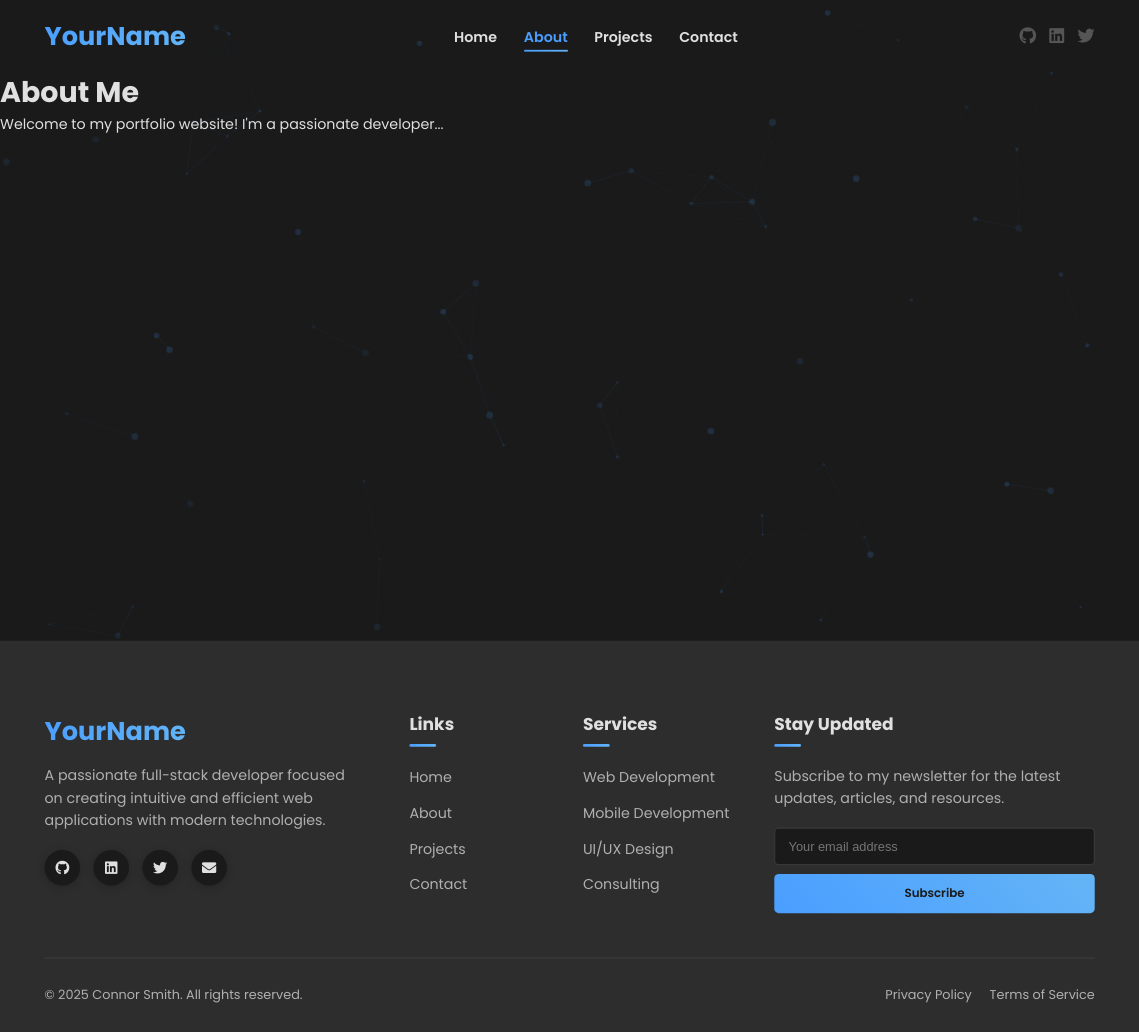
Repository: connorGS9/portfolio-website
Page: /about
An editor plug-in stored every save of this project. The page is shown before and after the next save, followed by the edit.
The browser window is 1280 px wide. The pictures show the whole page, at 89% of full size.
The project was rebuilt for these pictures with package versions that can differ from the ones it lists, and the page was loaded fresh each time. Also part of the build but not shown: src/styles/Home.css, src/pages/Home.jsx, src/pages/Projects.jsx, src/pages/Contact.jsx.

Above is the page before, as saved 2025-05-24 16:49:22.

### public/index.html
<!DOCTYPE html>
<html lang="en">
<head>
  <meta charset="UTF-8" />
  <meta name="viewport" content="width=device-width, initial-scale=1.0" />
  <meta name="description" content="Connor's personal portfolio website showcasing projects and development skills" />
  <title>Connor Smith | Portfolio</title>

  <!-- Font Awesome -->
  <link rel="stylesheet" href="https://cdnjs.cloudflare.com/ajax/libs/font-awesome/5.15.4/css/all.min.css" />

  <!-- Google Fonts -->
  <link rel="preconnect" href="https://fonts.googleapis.com">
  <link rel="preconnect" href="https://fonts.gstatic.com" crossorigin>
  <link href="https://fonts.googleapis.com/css2?family=Poppins:wght@300;400;500;600;700&display=swap" rel="stylesheet">
</head>
<body>
  <noscript>You need to enable JavaScript to run this app.</noscript>
  <div id="root"></div>
</body>
</html>

### src/app.jsx
import React, { useState, useEffect } from 'react';
import { BrowserRouter as Router, Routes, Route } from 'react-router-dom';
import Navbar from './components/Navbar';
import Home from './pages/Home';
import About from './pages/About';
import Projects from './pages/Projects';
import Contact from './pages/Contact';
import Footer from './components/Footer';
import AnimatedCursor from './components/AnimatedCursor';
import BackgroundAnimation from './components/BackgroundAnimation';
import './styles/App.css';

function App() {
  const [isLoading, setIsLoading] = useState(true);

  useEffect(() => {
    // Simulate loading time
    setTimeout(() => {
      setIsLoading(false);
    }, 1500);
  }, []);

  return (
    <Router>
      <div className="app">
        {isLoading ? (
          <div className="loader">
            <div className="loader-content">
              <div className="loader-circle"></div>
              <h2>Loading...</h2>
            </div>
          </div>
        ) : (
          <>
            <AnimatedCursor />
            <BackgroundAnimation />
            <Navbar />
            <main>
              <Routes>
                <Route path="/" element={<Home />} />
                <Route path="/about" element={<About />} />
                <Route path="/projects" element={<Projects />} />
                <Route path="/contact" element={<Contact />} />
              </Routes>
            </main>
            <Footer />
          </>
        )}
      </div>
    </Router>
  );
}

export default App;

### src/components/Navbar.jsx
import React, { useState, useEffect } from 'react';
import { Link, useLocation } from 'react-router-dom';
import '../styles/Navbar.css';

const Navbar = () => {
  const [isScrolled, setIsScrolled] = useState(false);
  const [isMenuOpen, setIsMenuOpen] = useState(false);
  const location = useLocation();

  useEffect(() => {
    const handleScroll = () => {
      if (window.scrollY > 50) {
        setIsScrolled(true);
      } else {
        setIsScrolled(false);
      }
    };

    window.addEventListener('scroll', handleScroll);

    return () => {
      window.removeEventListener('scroll', handleScroll);
    };
  }, []);

  // Close mobile menu when route changes
  useEffect(() => {
    setIsMenuOpen(false);
  }, [location]);

  return (
    <header className={`navbar ${isScrolled ? 'navbar--scrolled' : ''}`}>
      <div className="navbar__container">
        <Link to="/" className="navbar__logo">
          <span className="logo-text">YourName</span>
        </Link>

        <button
          className={`navbar__toggle ${isMenuOpen ? 'active' : ''}`}
          onClick={() => setIsMenuOpen(!isMenuOpen)}
          aria-label="Toggle navigation menu"
        >
          <span className="toggle-bar"></span>
          <span className="toggle-bar"></span>
          <span className="toggle-bar"></span>
        </button>

        <nav className={`navbar__menu ${isMenuOpen ? 'navbar__menu--open' : ''}`}>
          <ul className="navbar__nav">
            <li className="navbar__nav-item">
              <Link
                to="/"
                className={`navbar__nav-link ${location.pathname === '/' ? 'active' : ''}`}
              >
                Home
              </Link>
            </li>
            <li className="navbar__nav-item">
              <Link
                to="/about"
                className={`navbar__nav-link ${location.pathname === '/about' ? 'active' : ''}`}
              >
                About
              </Link>
            </li>
            <li className="navbar__nav-item">
              <Link
                to="/projects"
                className={`navbar__nav-link ${location.pathname === '/projects' ? 'active' : ''}`}
              >
                Projects
              </Link>
            </li>
            <li className="navbar__nav-item">
              <Link
                to="/contact"
                className={`navbar__nav-link ${location.pathname === '/contact' ? 'active' : ''}`}
              >
                Contact
              </Link>
            </li>
          </ul>
        </nav>

        <div className="navbar__social">
          <a
            href="https://github.com/connorGS9"
            target="_blank"
            rel="noopener noreferrer"
            className="social-link"
            aria-label="GitHub Profile"
          >
            <i className="fab fa-github"></i>
          </a>
          <a
            href="https://www.linkedin.com/in/connor-smith-6857b22b5/"
            target="_blank"
            rel="noopener noreferrer"
            className="social-link"
            aria-label="LinkedIn Profile"
          >
            <i className="fab fa-linkedin"></i>
          </a>
          <a
            href="https://x.com/CS2355324"
            target="_blank"
            rel="noopener noreferrer"
            className="social-link"
            aria-label="X Profile"
          >
            <i className="fab fa-twitter"></i>
          </a>
        </div>
      </div>
    </header>
  );
};

export default Navbar;

### src/pages/About.jsx
import React from 'react';

const About = () => {
  return (
    <div className="about-page">
      <h1>About Me</h1>
      <p>Welcome to my portfolio website! I'm a passionate developer...</p>
    </div>
  );
};

export default About;

### src/components/AnimatedCursor.jsx
import React, { useEffect, useState, useRef } from 'react';
import '../styles/AnimatedCursor.css';

const AnimatedCursor = () => {
  const cursorRef = useRef(null);
  const cursorDotRef = useRef(null);
  const [isVisible, setIsVisible] = useState(false);
  const [isClicked, setIsClicked] = useState(false);
  const [isLinkHovered, setIsLinkHovered] = useState(false);

  useEffect(() => {
    const cursor = cursorRef.current;
    const cursorDot = cursorDotRef.current;

    if (!cursor || !cursorDot) return;

    const onMouseMove = (e) => {
      const clientX = e.clientX;
      const clientY = e.clientY;

      // Position the outer cursor with a slight delay for the trailing effect
      const setPos = () => {
        cursor.style.transform = `translate3d(${clientX}px, ${clientY}px, 0)`;
      };

      // Position the inner dot immediately
      cursorDot.style.transform = `translate3d(${clientX}px, ${clientY}px, 0)`;

      requestAnimationFrame(setPos);

      if (!isVisible) {
        setIsVisible(true);
        cursor.style.opacity = 1;
        cursorDot.style.opacity = 1;
      }
    };

    const onMouseDown = () => {
      setIsClicked(true);
    };

    const onMouseUp = () => {
      setIsClicked(false);
    };

    const onMouseLeave = () => {
      setIsVisible(false);
      cursor.style.opacity = 0;
      cursorDot.style.opacity = 0;
    };

    // Check for interactive elements
    const handleLinkHover = () => {
      setIsLinkHovered(true);
    };

    const handleLinkLeave = () => {
      setIsLinkHovered(false);
    };

    // Add event listeners to links, buttons, and other interactive elements
    const interactiveElements = document.querySelectorAll('a, button, input, textarea, select, [role="button"]');

    interactiveElements.forEach(el => {
      el.addEventListener('mouseenter', handleLinkHover);
      el.addEventListener('mouseleave', handleLinkLeave);
    });

    // Add general mouse event listeners
    document.addEventListener('mousemove', onMouseMove);
    document.addEventListener('mousedown', onMouseDown);
    document.addEventListener('mouseup', onMouseUp);
    document.addEventListener('mouseleave', onMouseLeave);

    // Cleanup
    return () => {
      document.removeEventListener('mousemove', onMouseMove);
      document.removeEventListener('mousedown', onMouseDown);
      document.removeEventListener('mouseup', onMouseUp);
      document.removeEventListener('mouseleave', onMouseLeave);

      interactiveElements.forEach(el => {
        el.removeEventListener('mouseenter', handleLinkHover);
        el.removeEventListener('mouseleave', handleLinkLeave);
      });
    };
  }, [isVisible, isClicked, isLinkHovered]);

  return (
    <>
      <div
        ref={cursorRef}
        className={`cursor ${isClicked ? 'cursor--clicked' : ''} ${isLinkHovered ? 'cursor--link-hovered' : ''}`}
      />
      <div
        ref={cursorDotRef}
        className={`cursor-dot ${isClicked ? 'cursor-dot--clicked' : ''} ${isLinkHovered ? 'cursor-dot--link-hovered' : ''}`}
      />
    </>
  );
};

export default AnimatedCursor;

### src/components/BackgroundAnimation.jsx
import React, { useEffect, useRef } from 'react';
import '../styles/BackgroundAnimation.css';

const BackgroundAnimation = () => {
  const canvasRef = useRef(null);

  useEffect(() => {
    const canvas = canvasRef.current;
    const ctx = canvas.getContext('2d');
    let animationFrameId;
    let particles = [];

    // Particle class
    class Particle {
      constructor() {
        this.x = Math.random() * canvas.width;
        this.y = Math.random() * canvas.height;
        this.size = Math.random() * 3 + 1;
        this.speedX = Math.random() * 0.5 - 0.25;
        this.speedY = Math.random() * 0.5 - 0.25;
        this.color = `rgba(74, 158, 255, ${Math.random() * 0.2 + 0.1})`;
      }

      update() {
        this.x += this.speedX;
        this.y += this.speedY;

        if (this.x < 0 || this.x > canvas.width) this.speedX *= -1;
        if (this.y < 0 || this.y > canvas.height) this.speedY *= -1;
      }

      draw() {
        ctx.fillStyle = this.color;
        ctx.beginPath();
        ctx.arc(this.x, this.y, this.size, 0, Math.PI * 2);
        ctx.fill();
      }
    }

    // Set canvas dimensions
    const resizeCanvas = () => {
      canvas.width = window.innerWidth;
      canvas.height = window.innerHeight;
      initParticles();
    };

    window.addEventListener('resize', resizeCanvas);
    resizeCanvas();

    // Initialize particles
    function initParticles() {
      particles = [];
      const particleCount = Math.floor((canvas.width * canvas.height) / 15000);

      for (let i = 0; i < particleCount; i++) {
        particles.push(new Particle());
      }
    }

    // Connect particles with lines
    function connectParticles() {
      const maxDistance = 150;

      for (let i = 0; i < particles.length; i++) {
        for (let j = i; j < particles.length; j++) {
          const dx = particles[i].x - particles[j].x;
          const dy = particles[i].y - particles[j].y;
          const distance = Math.sqrt(dx * dx + dy * dy);

          if (distance < maxDistance) {
            const opacity = 1 - (distance / maxDistance);
            ctx.strokeStyle = `rgba(74, 158, 255, ${opacity * 0.2})`;
            ctx.lineWidth = 1;
            ctx.beginPath();
            ctx.moveTo(particles[i].x, particles[i].y);
            ctx.lineTo(particles[j].x, particles[j].y);
            ctx.stroke();
          }
        }
      }
    }

    // Animation loop
    function animate() {
      ctx.clearRect(0, 0, canvas.width, canvas.height);

      for (let i = 0; i < particles.length; i++) {
        particles[i].update();
        particles[i].draw();
      }

      connectParticles();
      animationFrameId = requestAnimationFrame(animate);
    }

    animate();

    // Cleanup
    return () => {
      window.removeEventListener('resize', resizeCanvas);
      cancelAnimationFrame(animationFrameId);
    };
  }, []);

  return (
    <div className="background-animation">
      <canvas ref={canvasRef}></canvas>
    </div>
  );
};

export default BackgroundAnimation;

### src/styles/App.css
@import url('https://fonts.googleapis.com/css2?family=Poppins:wght@300;400;500;600;700&display=swap');
@import url('https://cdnjs.cloudflare.com/ajax/libs/font-awesome/5.15.4/css/all.min.css');

:root {
  --primary-color: #4a9eff;
  --secondary-color: #64b5f6;
  --dark-color: #1a1a1a;
  --light-color: #2d2d2d;
  --text-color: #e0e0e0;
  --light-text-color: #b0b0b0;
  --border-color: #404040;
  --box-shadow: 0 5px 20px rgba(0, 0, 0, 0.3);
  --transition: all 0.3s ease;
}

* {
  margin: 0;
  padding: 0;
  box-sizing: border-box;
}

html {
  scroll-behavior: smooth;
}

body {
  font-family: 'Poppins', sans-serif;
  color: var(--text-color);
  line-height: 1.5;
  background-color: var(--dark-color);
  overflow-x: hidden;
}

a {
  text-decoration: none;
  color: inherit;
}

img {
  max-width: 100%;
  height: auto;
}

button {
  cursor: pointer;
  font-family: inherit;
}

/* Common classes */
.section {
  padding: 100px 10%;
}

.container {
  max-width: 1400px;
  margin: 0 auto;
  padding: 0 50px;
}

.gradient-text {
  background: linear-gradient(120deg, var(--primary-color), var(--secondary-color));
  background-clip: text;
  -webkit-background-clip: text;
  -webkit-text-fill-color: transparent;
  color: transparent;
}

.gradient-bg {
  background: linear-gradient(45deg, var(--primary-color), var(--secondary-color));
}

.btn {
  display: inline-block;
  padding: 12px 30px;
  border-radius: 30px;
  font-weight: 600;
  text-decoration: none;
  transition: var(--transition);
  position: relative;
  overflow: hidden;
  z-index: 1;
}

.btn-primary {
  background: linear-gradient(45deg, var(--primary-color), var(--secondary-color));
  color: white;
  box-shadow: 0 5px 15px rgba(110, 114, 252, 0.4);
}

.btn-secondary {
  background: transparent;
  color: var(--dark-color);
  border: 2px solid var(--primary-color);
}

.btn:hover {
  transform: translateY(-3px);
  box-shadow: 0 8px 20px rgba(0, 0, 0, 0.2);
}

.btn-primary:hover {
  background: linear-gradient(45deg, #5a5cfa, #9b19d9);
}

.btn-secondary:hover {
  background: rgba(110, 114, 252, 0.1);
}

/* Loading Animation */
.loader {
  position: fixed;
  top: 0;
  left: 0;
  width: 100%;
  height: 100%;
  background-color: var(--dark-color);
  display: flex;
  justify-content: center;
  align-items: center;
  z-index: 1000;
}

.loader-content {
  display: flex;
  flex-direction: column;
  align-items: center;
}

.loader-circle {
  width: 60px;
  height: 60px;
  border: 4px solid var(--light-color);
  border-top: 4px solid var(--primary-color);
  border-radius: 50%;
  animation: spin 1s linear infinite;
  margin-bottom: 20px;
}

@keyframes spin {
  0% { transform: rotate(0deg); }
  100% { transform: rotate(360deg); }
}

.loader h2 {
  color: var(--primary-color);
  font-size: 1.5rem;
  font-weight: 500;
}

/* Main Content Styles */
main {
  min-height: 100vh;
  padding-top: 80px; /* For fixed navbar */
}

/* Responsive Styles */
@media (max-width: 992px) {
  .container {
    padding: 0 30px;
  }

  .section {
    padding: 80px 5%;
  }
}

@media (max-width: 768px) {
  .container {
    padding: 0 20px;
  }

  .section {
    padding: 60px 5%;
  }

  .btn {
    padding: 10px 25px;
  }
}

@media (max-width: 480px) {
  .section {
    padding: 50px 5%;
  }

  h1, h2, h3 {
    font-size: 90%;
  }

  .btn {
    padding: 8px 20px;
    font-size: 0.9rem;
  }
}

### src/styles/Navbar.css
.navbar {
    position: fixed;
    top: 0;
    left: 0;
    width: 100%;
    z-index: 100;
    padding: 20px 0;
    transition: all 0.4s ease;
  }

  .navbar--scrolled {
    background-color: rgba(26, 26, 26, 0.95);
    padding: 15px 0;
    box-shadow: 0 5px 20px rgba(0, 0, 0, 0.3);
    backdrop-filter: blur(10px);
  }

  .navbar__container {
    display: flex;
    justify-content: space-between;
    align-items: center;
    max-width: 1400px;
    margin: 0 auto;
    padding: 0 50px;
  }

  .navbar__logo {
    text-decoration: none;
    font-size: 1.8rem;
    font-weight: 700;
    color: var(--text-color);
    position: relative;
    z-index: 10;
  }

  .logo-text {
    background: linear-gradient(120deg, var(--primary-color), var(--secondary-color));
    background-clip: text;
    -webkit-background-clip: text;
    -webkit-text-fill-color: transparent;
    color: transparent;
  }

  .navbar__toggle {
    display: none;
    background: none;
    border: none;
    cursor: pointer;
    padding: 10px;
    z-index: 10;
  }

  .toggle-bar {
    display: block;
    width: 25px;
    height: 3px;
    margin: 5px 0;
    background-color: var(--text-color);
    transition: all 0.3s ease;
    border-radius: 1.5px;
  }

  .navbar__toggle.active .toggle-bar:nth-child(1) {
    transform: translateY(8px) rotate(45deg);
  }

  .navbar__toggle.active .toggle-bar:nth-child(2) {
    opacity: 0;
  }

  .navbar__toggle.active .toggle-bar:nth-child(3) {
    transform: translateY(-8px) rotate(-45deg);
  }

  .navbar__menu {
    display: flex;
    align-items: center;
  }

  .navbar__nav {
    display: flex;
    list-style: none;
    margin: 0;
    padding: 0;
  }

  .navbar__nav-item {
    margin: 0 15px;
  }

  .navbar__nav-link {
    font-size: 1rem;
    font-weight: 600;
    color: var(--text-color);
    text-decoration: none;
    transition: color 0.3s ease;
    position: relative;
    padding: 5px 0;
  }

  .navbar__nav-link:hover,
  .navbar__nav-link.active {
    color: var(--primary-color);
  }

  .navbar__nav-link::after {
    content: '';
    position: absolute;
    bottom: 0;
    left: 0;
    width: 0;
    height: 2px;
    background: linear-gradient(120deg, var(--primary-color), var(--secondary-color));
    transition: width 0.3s ease;
  }

  .navbar__nav-link:hover::after,
  .navbar__nav-link.active::after {
    width: 100%;
  }

  .navbar__social {
    display: flex;
    align-items: center;
  }

  .social-link {
    font-size: 1.2rem;
    color: #555;
    margin-left: 15px;
    transition: color 0.3s ease;
  }

  .social-link:hover {
    color: #6e72fc;
  }

  /* Responsive Styles */
  @media (max-width: 992px) {
    .navbar__container {
      padding: 0 30px;
    }

    .navbar__toggle {
      display: block;
    }

    .navbar__menu {
      position: fixed;
      top: 0;
      right: -100%;
      width: 300px;
      height: 100vh;
      background-color: var(--dark-color);
      box-shadow: -5px 0 20px rgba(0, 0, 0, 0.3);
      transition: right 0.4s ease;
      flex-direction: column;
      justify-content: center;
      z-index: 5;
    }

    .navbar__menu--open {
      right: 0;
    }

    .navbar__nav {
      flex-direction: column;
      align-items: center;
    }

    .navbar__nav-item {
      margin: 15px 0;
    }

    .navbar__nav-link {
      font-size: 1.2rem;
    }

    .navbar__social {
      position: absolute;
      bottom: 50px;
      left: 0;
      width: 100%;
      justify-content: center;
    }

    .social-link {
      margin: 0 15px;
    }
  }

  @media (max-width: 480px) {
    .navbar__container {
      padding: 0 20px;
    }

    .navbar__menu {
      width: 100%;
    }

    .navbar__logo {
      font-size: 1.5rem;
    }
  }

### src/styles/AnimatedCursor.css
body {
    cursor: none;
  }

  /* But keep default cursor on touch devices */
  @media (pointer: coarse) {
    body {
      cursor: auto;
    }

    .cursor, .cursor-dot {
      display: none;
    }
  }

  /* Custom cursor styles */
  .cursor {
    position: fixed;
    width: 40px;
    height: 40px;
    pointer-events: none;
    z-index: 999;
    opacity: 0;
    mix-blend-mode: difference;
  }

  .cursor::before,
  .cursor::after {
    content: '';
    position: absolute;
    background-color: #4a9eff;
    opacity: 0.8;
  }

  .cursor::before {
    width: 2px;
    height: 20px;
    left: 50%;
    top: 50%;
    transform: translate(-50%, -50%);
  }

  .cursor::after {
    width: 20px;
    height: 2px;
    left: 50%;
    top: 50%;
    transform: translate(-50%, -50%);
  }


  /* Cursor states */
  .cursor--clicked::before,
  .cursor--clicked::after {
    opacity: 0.5;
    transform: translate(-50%, -50%) scale(0.8);
  }

  .cursor--link-hovered::before,
  .cursor--link-hovered::after {
    opacity: 1;
    transform: translate(-50%, -50%) scale(1.2);
  }

### src/styles/BackgroundAnimation.css
.background-animation {
    position: fixed;
    top: 0;
    left: 0;
    width: 100%;
    height: 100%;
    z-index: -1;
    opacity: 0.6;
  }

  .background-animation canvas {
    display: block;
  }

Loaded but not shown: src/index.js (10 lines, source omitted); src/styles/Footer.css (254 lines, source omitted); src/components/Footer.jsx (106 lines, source omitted)

After the next save:
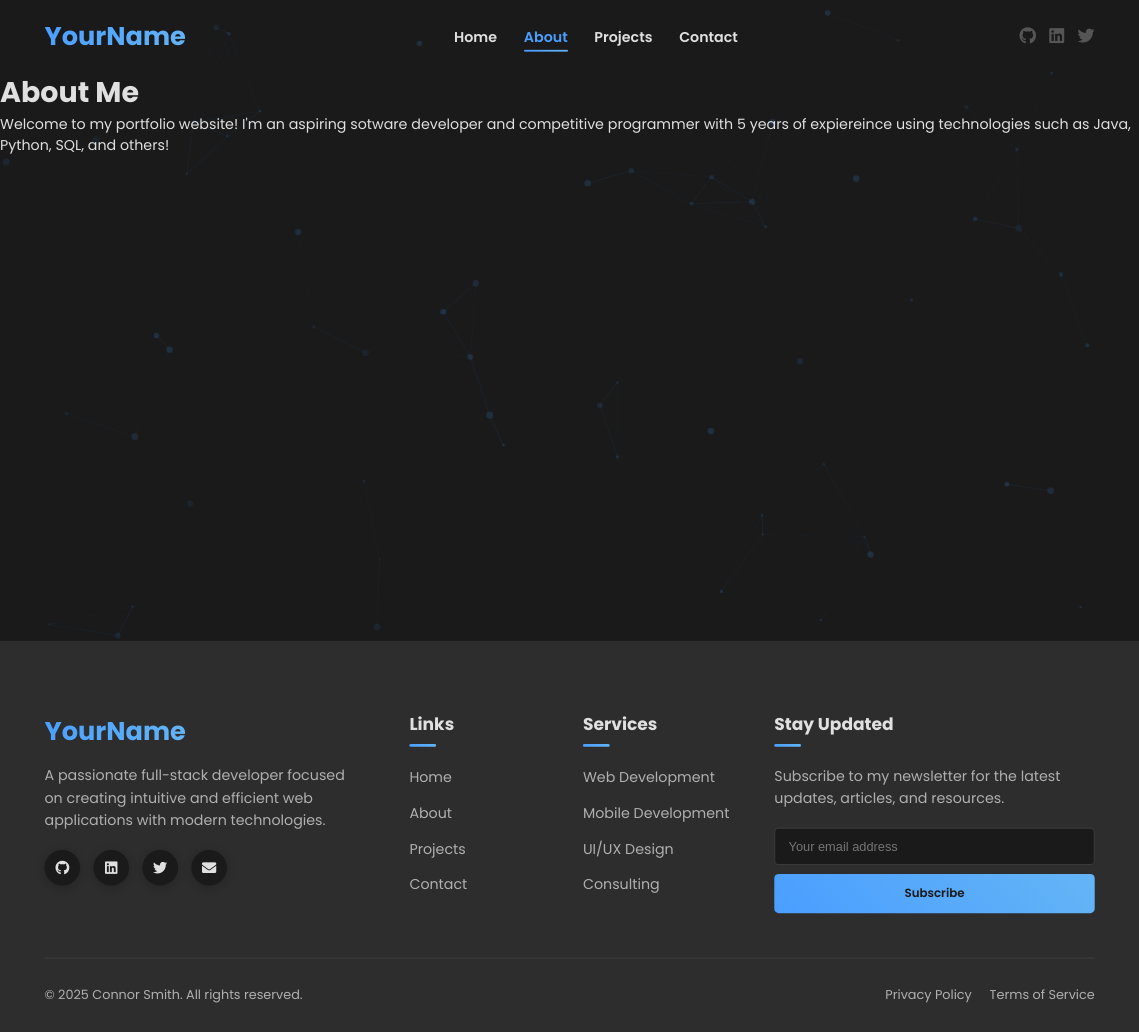
Saved 70 s later.
--- a/src/pages/About.jsx
+++ b/src/pages/About.jsx
@@ -4,7 +4,7 @@ const About = () => {
   return (
     <div className="about-page">
       <h1>About Me</h1>
-      <p>Welcome to my portfolio website! I'm a passionate developer...</p>
+      <p>Welcome to my portfolio website! I'm an aspiring sotware developer and competitive programmer with 5 years of expiereince using technologies such as Java, Python, SQL, and others!</p>
     </div>
   );
 };
